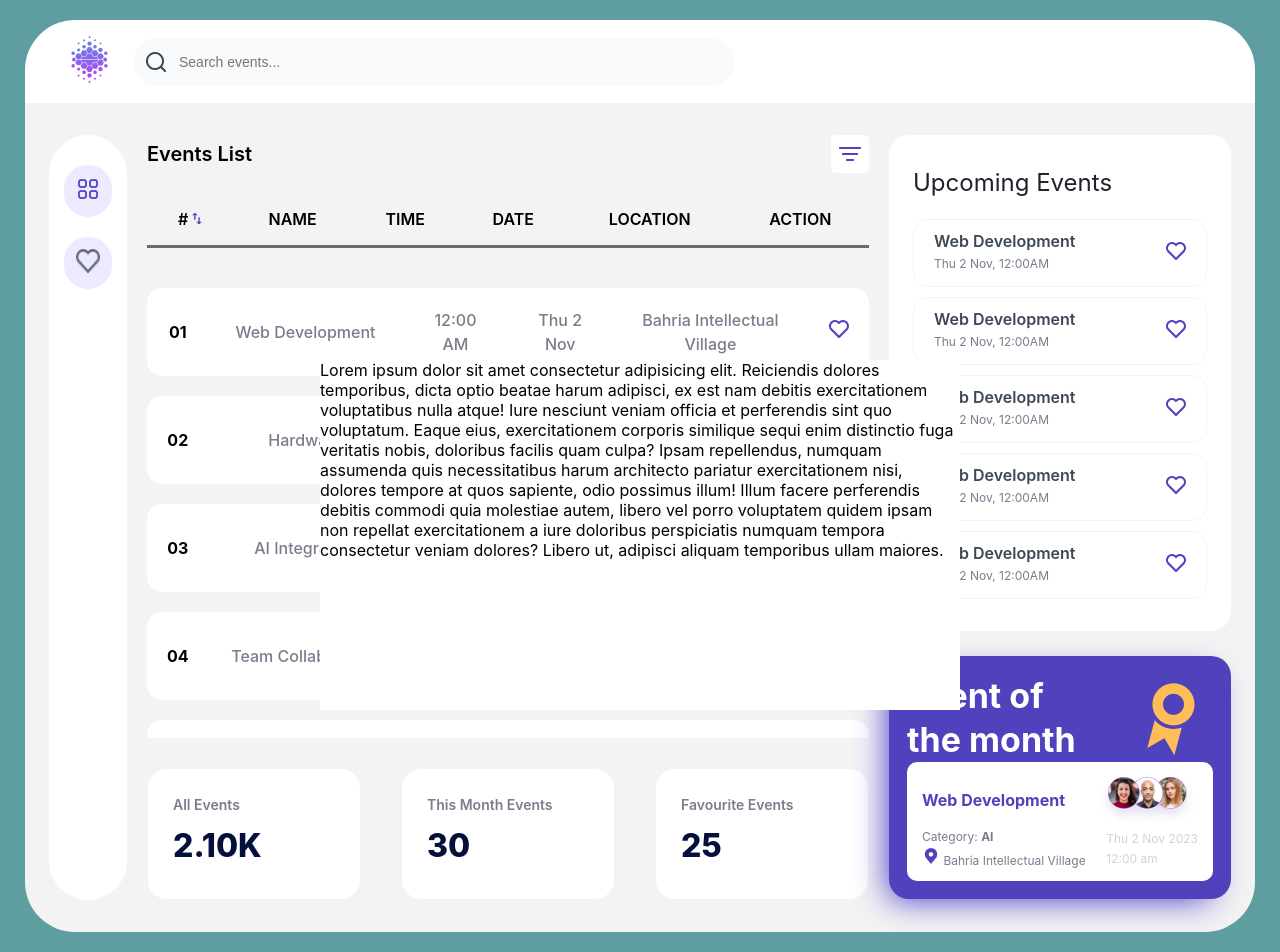
Repository: ahmadunitedsol710/react-dashboard
Page: /, after clicking the first element matching `tr.body_row`
These files come from the project's save history. The page is drawn as it stood at one moment and after a run of saves; the edit follows.
The browser window is 1280 px wide. The pictures show the whole page.
An inner scrolling area shows only its first screen. The project was rebuilt for these pictures with package versions that can differ from the ones it lists, and the page was loaded fresh each time.

Above is the page before, as saved 2024-08-02 09:21:01.

### src/App.js
// import {BrowserRouter as Router, Routes, Route} from 'react-router-dom';
import Header from './Components/Header/index';
import Events from './Components/Body/Events';
import './App.css';

function App() {
  return (
    <div className="App container">
    {/* <Router>
      <Routes>
          <Route path="/" exact element={<Header/>}/>
      </Routes>
    </Router> */}
    <Header/>
    <Events/>
    </div>
  );
}

export default App;

### src/Components/Header/index.js
import '../../App.css';
import logo from '../../Images/logo.png'

const Index = () => {

    return (
        <>
            <div className="header">
                <div className="logo">
                    <img src={logo} alt="logo" />
                </div>
                <div className="search_box">
                    <input type="search"  name="search" placeholder='Search events...' className='srch'/>
                </div>
            </div>
        </>
    )
}

export default Index;

### src/Components/Body/Events.js
import '../../App.css';
import Sidebar from './Sidebar';
import List from './Eventlist';
import Upcommingevent from './Upcomingevent';
import Monthlyevent from './Monthlyevent'
import { useEffect, useState } from 'react';

const Events = () => {
    const [showfav, setshowfav] = useState(false)
    const tabledata = [
        {id:"01",name:"Web Development",time:'12:00 AM',date:"Thu 2 Nov",location:"Bahria Intellectual Village"},

        {id:"02",name:"Hardware",time:'12:00 AM',date:"Thu 2 Nov",location:"Bahria Intellectual Village"},

        {id:"03",name:"AI Integration",time:'02:00 AM',date:"Thu 2 Nov",location:"Bahria Intellectual Village"},

        {id:"04",name:"Team Collaboration",time:'04:00 PM',date:"Thu 2 Nov",location:"Bahria Intellectual Village"},

        {id:"05",name:"Front End Development",time:'06:00 PM',date:"Thu 2 Nov",location:"Bahria Intellectual Village"},

        {id:"06",name:"Front End Development",time:'06:00 PM',date:"Thu 2 Nov",location:"Bahria Intellectual Village"},

        {id:"07",name:"Front End Development",time:'06:00 PM',date:"Thu 2 Nov",location:"Bahria Intellectual Village"},

        {id:"08",name:"Front End Development",time:'06:00 PM',date:"Thu 2 Nov",location:"Bahria Intellectual Village"}
   ]

   const [storedData, setStoredData] = useState([])
   useEffect(()=>{
    setStoredData(localStorage.getItem("favourite") ? JSON.parse([localStorage.getItem("favourite")]) : [])
   }, [])

   const eventdata = [
    {id:1, name:"Web Development",date_time:'Thu 2 Nov, 12:00AM'},
    {id:2, name:"Web Development",date_time:'Thu 2 Nov, 12:00AM'},
    {id:3, name:"Web Development",date_time:'Thu 2 Nov, 12:00AM'},
    {id:4, name:"Web Development",date_time:'Thu 2 Nov, 12:00AM'},
    {id:5, name:"Web Development",date_time:'Thu 2 Nov, 12:00AM'},
    {id:6, name:"Web Development",date_time:'Thu 2 Nov, 12:00AM'},
    {id:7, name:"Web Development",date_time:'Thu 2 Nov, 12:00AM'},
    {id:8, name:"Web Development",date_time:'Thu 2 Nov, 12:00AM'},
    {id:9, name:"Web Development",date_time:'Thu 2 Nov, 12:00AM'}
]

   const [storedList, setStoredList] = useState([])
   useEffect(()=>{
    setStoredList(localStorage.getItem("list") ? JSON.parse([localStorage.getItem("list")]) : [])
   }, [])



    return (
        <>
            <div className="events">
                <div className='parent_block'>
                    <Sidebar setshowfav={setshowfav}/>
                    <List showfav={showfav} favdata={storedData} tabledata={tabledata} setStoredData={setStoredData}/>

                     <div className='child_block'>
                        <Upcommingevent showfav={showfav} favdata={storedList} eventdata={eventdata} setStoredList={setStoredList}/>
                        {!showfav && <Monthlyevent/> }
                    </div>

                </div>
            </div>
        </>
    )
}

export default Events;

### src/App.css
body {
  background-color: cadetblue;
}

.container {
  max-width: 1440px;
  margin: 20px auto;
  padding: 0 25px;
  box-sizing: border-box;
}

.App-logo {
  height: 40vmin;
  pointer-events: none;
}

@media (prefers-reduced-motion: no-preference) {
  .App-logo {
    animation: App-logo-spin infinite 20s linear;
  }
}

.App-header {
  background-color: #282c34;
  min-height: 100vh;
  display: flex;
  flex-direction: column;
  align-items: center;
  justify-content: center;
  font-size: calc(10px + 2vmin);
  color: white;
}

.App-link {
  color: #61dafb;
}

@keyframes App-logo-spin {
  from {
    transform: rotate(0deg);
  }
  to {
    transform: rotate(360deg);
  }
}

::-webkit-scrollbar {
  width: 5px;
}

/* Track */
::-webkit-scrollbar-track {
  box-shadow: inset 0 0 5px grey;
  border-radius: 10px;
}

/* Handle */
::-webkit-scrollbar-thumb {
  background: #D9D9D9;
  border-radius: 10px;
}

/* Handle on hover */
::-webkit-scrollbar-thumb:hover {
  background: #6e6e6e;
}


/* Header */
.header { display: flex; justify-content: center; align-items: center; gap: 20px; background-color: #ffffff; padding: 15px 40px; border-radius: 50px 50px 0 0; }

.header .search_box { position: relative; width: 100%; }

.header .search_box .srch { background-image: url(./Images/Search.png); background-repeat: no-repeat; background-color: #F9FAFC; background-position: 10px center; border: none; padding: 13px 45px; width: 600px; border-radius: 50px; font-size: 14px; font-weight: 400; color: #3D4756; line-height: 22px; }


/* Events */
.events { background-color: #f3f3f3; padding: 32px 24px; box-sizing: border-box; border-radius: 0 0 50px 50px; }

.events .parent_block { display: flex; gap: 20px; justify-content: space-between; }

.events .parent_block .child_block { max-width: 380px; width: 100%; }

/* Sidebar */
.sidebar { display: flex; flex-direction: column; background-color: #ffffff; max-width: 80px; padding: 30px 15px; box-sizing: border-box; border-radius: 40px; }

.image { background-color: #ECEAFF; margin-bottom: 20px; border-radius: 25px; }

.sidebar_img { width: 24px; height: 24px; padding: 12px; }

/* Event list */
.event_details { /*max-width: 850px; */ width: calc(100% - 460px); }

.event_details .evenlist .main { display: flex; justify-content: space-between; align-items: center; }

.event_details .evenlist .main .heading { font-size: 20px; font-weight: 600; line-height: 30px; margin: 0; }

.event_details .evenlist .main .filter { background-color: #ffffff; padding: 5px; border-radius: 5px; box-sizing: border-box; }

table { border-collapse: separate; border-spacing: 0 20px;  width: 100%}

.tbody_container { overflow-y: auto; max-height: 470px; }

th { text-align: center; font-size: 16px; font-weight: 600; line-height: 22px; padding: 15px 20px; box-sizing: border-box; border-bottom: 3px solid #6a6a6a; }

.index { font-size: 16px; font-weight: bolder; line-height: 24px; }

.body_row td { background-color: #ffffff; padding: 20px; text-align: center; }

.body_row td:first-child { border-radius: 15px 0 0 15px; }

.body_row td:last-child { border-radius: 0 15px 15px 0; }

.body_row .details { font-size: 16px; font-weight: 500; line-height: 24px; color: #797d8c; }

.cards { display: flex; align-items: center; gap: 40px; margin-top: 30px; }

.cards .all_events, .cards .this_month, .cards .fav_events { background-color: #ffffff; border-radius: 20px; border: 1px solid #f3f3f3; width: 260px; padding: 25px 25px 33px; box-sizing: border-box; }

.cards .text { color: #797d8c; font-size: 14px; font-weight: 600; line-height: 22px; margin: 0; }

.cards .title { font-size: 32px; line-height: 40px; font-weight: 800; margin: 10px 0 0; color: #04103b; }



/* Upcoming events */
.upcomingevents { background-color: #ffffff; border-radius: 20px; padding: 32px 24px; box-sizing: border-box; }

.upcomingevents .title { font-size: 24px; line-height: 32px; font-weight: 400; color: #1e232a; margin: 0 0 20px; }

.upcomingevents .events_list { margin: 0; padding: 0; height: 380px; overflow-y: auto; }

.upcomingevents .events_list .event { border: 1px solid #f3f3f3; list-style-type: none; border-radius: 15px; padding: 10px 20px; display: flex; align-items: center; justify-content: space-between; margin-bottom: 10px; }

.upcomingevents .events_list .event:last-child { margin-bottom: 0; }

.upcomingevents .events_list .event .event_title { font-size: 16px; font-weight: 600; line-height: 22px; color: #3d4756; margin: 0; }

.upcomingevents .events_list .event .event_date_time { font-size: 12px; font-weight: 400; line-height: 24px; color: #797D8C; margin: 0; }


/* Monthly event */
.monthly_event { background-color: #5041bc; color: #ffffff; padding: 18px; box-sizing: border-box; border-radius: 20px; margin-top: 25px; box-shadow: -10px 10px 33px -10px #4533C9; }

.monthly_event .upper_part { display: flex; justify-content: space-between; align-items: center; }

.monthly_event .upper_part .heading { max-width: 180px; margin: 0; font-size: 34px; font-weight: 700; line-height: 44px; }

.bottom_part { background-color: #ffffff; color: #5041BC; border-radius: 10px; padding: 10px 15px; }

.bottom_part .first_row, .bottom_part .second_row { display: flex; justify-content: space-between; align-items: center; }

.bottom_part .first_row .course_title { margin: 0; font-size: 16px; font-weight: 700; line-height: 26px; }

.bottom_part .second_row { font-size: 12px; font-weight: 400; line-height: 20px; }

.bottom_part .second_row .cat_loc { color: #797D8C; }

.bottom_part .second_row .date_time { color: #D2D2D2; }




/* Detail Popup */
.detailpopup {
  position: absolute;
  background-color: #ffffff;
  transform: translateX(-50%);
  left: 50%;
  top: 50%;
  height: 350px;
}

### src/Components/Body/Sidebar.js
import '../../App.css';
import grid from '../../Images/grid.png';
import favourite from '../../Images/fav.png'

const sidebar = ({setshowfav}) => {

    return (
        <>
            <div className="sidebar">
                <div className="image">
                    <img src={grid} alt="grid" className='sidebar_img' onClick={()=>setshowfav(false)}/>
                </div>
                <div className="image">
                    <img src={favourite} alt="favourite" className='sidebar_img' onClick={()=>setshowfav(true)}/>
                </div>
            </div>
        </>
    )
}

export default sidebar;

### src/Components/Body/Eventlist.js
import '../../App.css';
import swap from '../../Images/swap.png';
import emptyfav from '../../Images/empty_fav.png'
import fillfav from '../../Images/fill_fav.png'
import filter from '../../Images/filter.png'
import { useEffect, useState } from 'react';
import Detailpopup from './Detailpopup';

const Eventlist = ({showfav, favdata, tabledata, setStoredData}) => {
    const [showModal, setShowModal] = useState(false)


    const add_fav = (data) => {
        const isFav = favdata.some(favitem => favitem.id === data.id)

        if (isFav) {
            // setStoredData(favdata.filter(favitem => favitem.id !== data.id));
            const updatedFavData = favdata.filter(favItem => favItem.id !== data.id);
            setStoredData(updatedFavData);
            localStorage.setItem("favourite", JSON.stringify(updatedFavData))

            console.log("else 1")
        }
        else {
            const updatedFavData = [...favdata, data];
            setStoredData(updatedFavData);
            localStorage.setItem("favourite", JSON.stringify(updatedFavData))
            console.log("else 2")
        }
    };

       const all_events = {text:"All Events", title:"2.10K"}
       const this_month = {text:"This Month Events", title:"30"}
       const fav_events = {text:"Favourite Events", title:"25"}
    return (
        <>
            <div className="event_details">
                <div className="evenlist">
                    <div className="main">
                        <h2 className='heading'>Events List</h2>
                        <img src={filter} alt="filter" className='filter' />
                    </div>
                    <div className="table_data">
                        <table className="table">
                            <thead className='table_head'>
                                <tr>
                                    <th># <img src={swap} alt="swap" /> </th>
                                    <th>NAME</th>
                                    <th>TIME</th>
                                    <th>DATE</th>
                                    <th>LOCATION</th>
                                    <th>ACTION</th>
                                </tr>
                            </thead>
                        </table>
                        <div className="tbody_container">
                            <table>
                                <tbody>
                                    {!showfav ? tabledata.map((data)=>(
                                        <tr className='body_row' key={data.id} onClick={()=>setShowModal(true)}>
                                        <td className='index' data-label="index">{data?.id}</td>
                                        <td className='details' data-label="name">{data?.name}</td>
                                        <td className='details' data-label="time">{data?.time}</td>
                                        <td className='details' data-label="date">{data?.date}</td>
                                        <td className='details' data-label="location">{data?.location}</td>
                                        <td className='details' data-label="location"> <img src={favdata.some(favitem => favitem.id === data.id) ? fillfav : emptyfav} alt="favourite"
                                        onClick={()=>add_fav(data)}/></td>
                                    </tr>)) :
                                    favdata.map((data)=>(
                                        <tr className='body_row' key={data.id} onClick={()=>setShowModal(true)}>
                                        <td className='index' data-label="index">{data?.id}</td>
                                        <td className='details' data-label="name">{data?.name}</td>
                                        <td className='details' data-label="time">{data?.time}</td>
                                        <td className='details' data-label="date">{data?.date}</td>
                                        <td className='details' data-label="location">{data?.location}</td>
                                        <td className='details' data-label="location"> <img src={favdata.some(favitem=>favitem.id === data.id) ? fillfav : emptyfav} alt="favourite"
                                        onClick={()=>add_fav(data)}/></td>
                                    </tr>
                                    ))}
                                </tbody>
                            </table>
                        </div>
                    </div>
                </div>

             {!showfav &&   <div className="cards">
                    <div className="all_events">
                        <p className='text'>{all_events.text}</p>
                        <h2 className='title'>{all_events.title}</h2>
                    </div>
                    <div className="this_month">
                        <p className='text'>{this_month.text}</p>
                        <h2 className='title'>{this_month.title}</h2>
                    </div>
                    <div className="fav_events">
                        <p className='text'>{fav_events.text}</p>
                        <h2 className='title'>{fav_events.title}</h2>
                    </div>
                </div>}
            </div>
            {showModal && <Detailpopup/>}
        </>
    )
}

export default Eventlist;

### src/Components/Body/Upcomingevent.js
import emptyfav from '../../Images/empty_fav.png'
import fillfav from '../../Images/fill_fav.png'

const Upcommingevent = ({showfav, eventdata, setStoredList, favdata}) => {

    const add_fav = (list) => {
        const isFav = favdata.some(favitem => favitem.id === list.id)

        if (isFav) {
            const updatedFavData = favdata.filter(favItem => favItem.id !== list.id);
            setStoredList(updatedFavData);
            localStorage.setItem("list", JSON.stringify(updatedFavData))
            console.log("else 1")
        }
        else {
            const updatedFavData = [...favdata, list];
            setStoredList(updatedFavData);
            localStorage.setItem("list", JSON.stringify(updatedFavData))
            console.log("else 2")
        }
    };

    return (
        <>  {/* add multiple tags when use empty tags */}
            <div className="upcomingevents">
                <h2 className="title">Upcoming Events</h2>

                <ul className="events_list">
                    {!showfav ? eventdata.map((list) => (
                        <li className="event" key={list.id}>
                            <div className="title_date_time">
                                <p className="event_title">{list.name}</p>
                                <p className="event_date_time">{list.date_time}</p>
                            </div>
                            <div>
                                <img src={favdata.some(favitem => favitem.id === list.id) ? fillfav : emptyfav} alt="emptyfav"
                                onClick={()=>add_fav(list)}/>
                            </div>
                        </li>
                    )) :
                    favdata.map((list) => (
                        <li className="event" key={list.id}>
                            <div className="title_date_time">
                                <p className="event_title">{list.name}</p>
                                <p className="event_date_time">{list.date_time}</p>
                            </div>
                            <div>
                                <img src={favdata.some(favitem => favitem.id === list.id) ? fillfav : emptyfav} alt="emptyfav"
                                onClick={()=>add_fav(list)}/>
                            </div>
                        </li>
                    ))}
                </ul>
            </div>
        </>
    )

}

export default Upcommingevent;

### src/Components/Body/Monthlyevent.js
import loc from '../../Images/location.png'
import teacher_img from '../../Images/user.png'
import pin from '../../Images/pin.png'


const MonthlyEvent = () => {
    const course_details = {name:"Web Development", image:teacher_img, category:"AI", location:"Bahria Intellectual Village", date:"Thu 2 Nov 2023", time:"12:00 am" }
    return (
        <>
        <div className="monthly_event">
            <div className="upper_part">
                <h1 className="heading">Event of the month</h1>
                <img src={loc} alt="location" />
            </div>

            <div className="bottom_part">
                <div className="first_row">
                    <h3 className='course_title'>{course_details.name}</h3>
                    <img src={course_details.image} alt="teachers" />
                </div>
                <div className="second_row">
                    <div className="cat_loc">
                        <div>Category: <strong>{course_details.category}</strong></div>
                        <div> <img src={pin} alt="pin" />  {course_details.location}</div>
                    </div>
                    <div className="date_time">
                        <div className="date">{course_details.date}</div>
                        <div className="time">{course_details.time}</div>
                    </div>
                </div>
            </div>
        </div>
        </>
    )
}


export default MonthlyEvent;

### src/Components/Body/Detailpopup.js

import pin from '../../Images/pin.png'

const Detailpopup = () => {
    return (
        <>
        <div className="detailpopup">
            Lorem ipsum dolor sit amet consectetur adipisicing elit. Reiciendis dolores temporibus, dicta optio beatae harum adipisci, ex est nam debitis exercitationem voluptatibus nulla atque! Iure nesciunt veniam officia et perferendis sint quo voluptatum. Eaque eius, exercitationem corporis similique sequi enim distinctio fuga veritatis nobis, doloribus facilis quam culpa? Ipsam repellendus, numquam assumenda quis necessitatibus harum architecto pariatur exercitationem nisi, dolores tempore at quos sapiente, odio possimus illum! Illum facere perferendis debitis commodi quia molestiae autem, libero vel porro voluptatem quidem ipsam non repellat exercitationem a iure doloribus perspiciatis numquam tempora consectetur veniam dolores? Libero ut, adipisci aliquam temporibus ullam maiores.
        </div>
        </>
    )
}

export default Detailpopup;

Loaded but not shown: public/index.html (common file); src/index.js (common file); src/index.css (common file); src/reportWebVitals.js (common file)

After the next 3 saves:
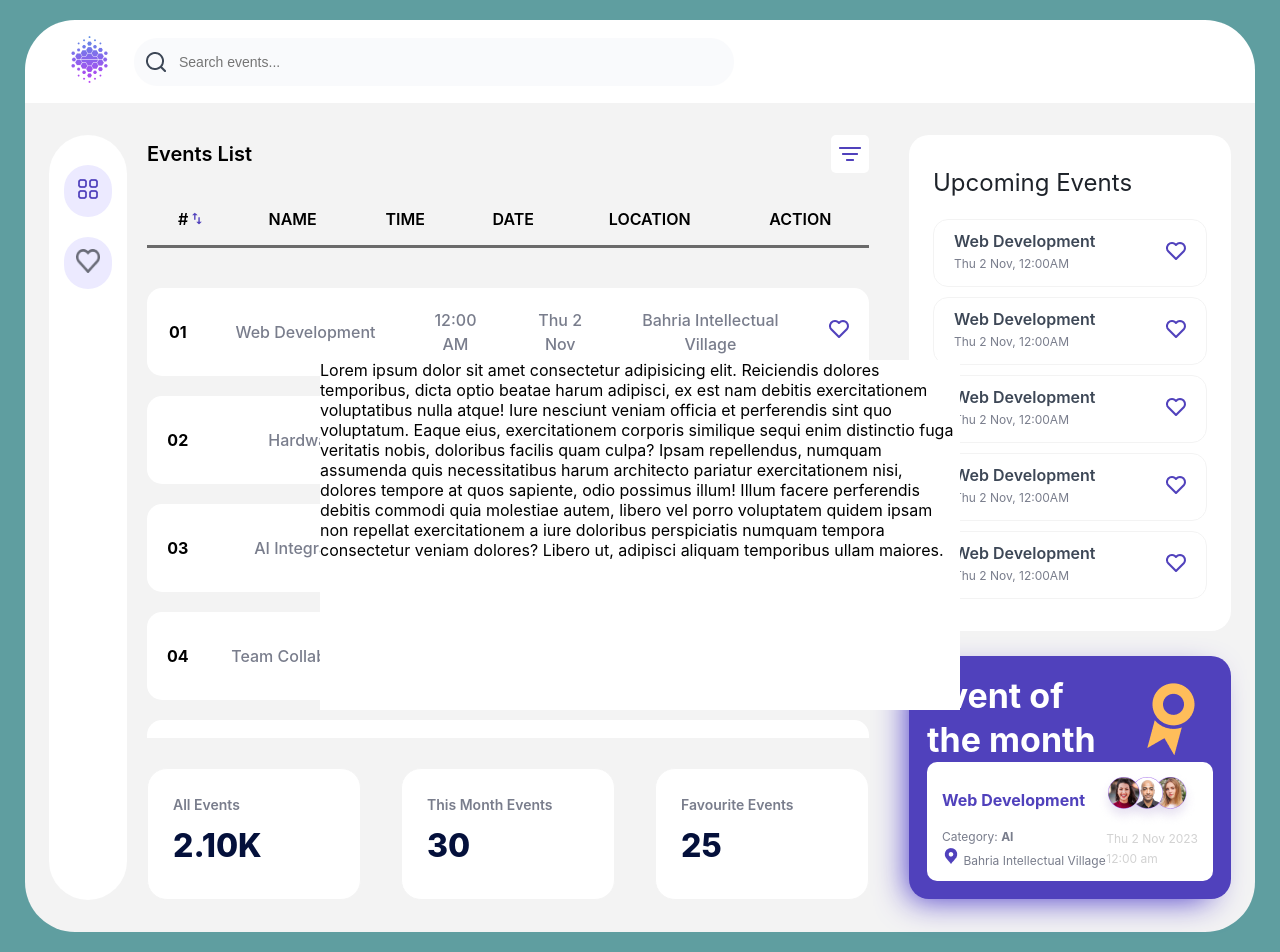
The 3 saves are shown as one change because they came seconds apart.
The last was saved 64 s later.
--- a/src/Components/Body/Detailpopup.js
+++ b/src/Components/Body/Detailpopup.js
@@ -4,8 +4,10 @@ import pin from '../../Images/pin.png'
 const Detailpopup = () => {
     return (
         <>
-        <div className="detailpopup">
-            Lorem ipsum dolor sit amet consectetur adipisicing elit. Reiciendis dolores temporibus, dicta optio beatae harum adipisci, ex est nam debitis exercitationem voluptatibus nulla atque! Iure nesciunt veniam officia et perferendis sint quo voluptatum. Eaque eius, exercitationem corporis similique sequi enim distinctio fuga veritatis nobis, doloribus facilis quam culpa? Ipsam repellendus, numquam assumenda quis necessitatibus harum architecto pariatur exercitationem nisi, dolores tempore at quos sapiente, odio possimus illum! Illum facere perferendis debitis commodi quia molestiae autem, libero vel porro voluptatem quidem ipsam non repellat exercitationem a iure doloribus perspiciatis numquam tempora consectetur veniam dolores? Libero ut, adipisci aliquam temporibus ullam maiores.
+        <div className="overlay">
+            <div className="detailpopup">
+                Lorem ipsum dolor sit amet consectetur adipisicing elit. Reiciendis dolores temporibus, dicta optio beatae harum adipisci, ex est nam debitis exercitationem voluptatibus nulla atque! Iure nesciunt veniam officia et perferendis sint quo voluptatum. Eaque eius, exercitationem corporis similique sequi enim distinctio fuga veritatis nobis, doloribus facilis quam culpa? Ipsam repellendus, numquam assumenda quis necessitatibus harum architecto pariatur exercitationem nisi, dolores tempore at quos sapiente, odio possimus illum! Illum facere perferendis debitis commodi quia molestiae autem, libero vel porro voluptatem quidem ipsam non repellat exercitationem a iure doloribus perspiciatis numquam tempora consectetur veniam dolores? Libero ut, adipisci aliquam temporibus ullam maiores.
+            </div>
         </div>
         </>
     )
